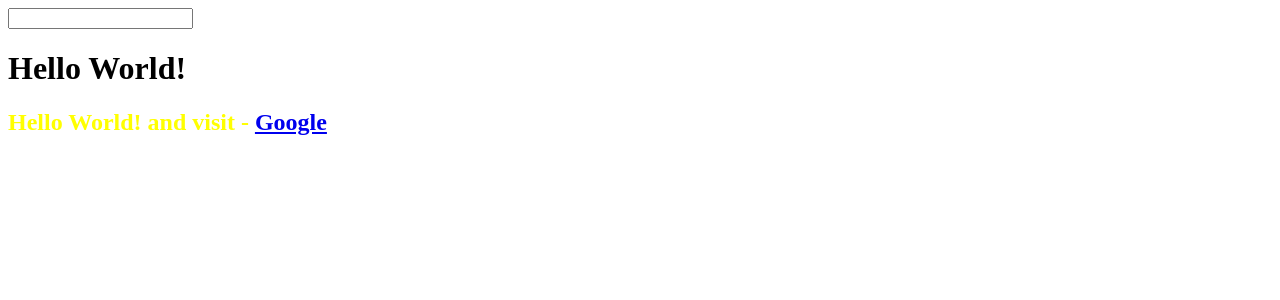
Repository: wojkos/Learn
Page: Vue/index.html
An editor plug-in stored every save of this project. The page is shown before and after the next save, followed by the edit.
The browser window is 1280 px wide. The pictures show the whole page.

Above is the page before, as saved 2018-03-29 22:06:57.

### Vue/index.html
<!DOCTYPE html>
<html lang="en">

<head>
    <meta charset="UTF-8">
    <title>Document</title>
    <script src="vue/vue.js">
    </script>
</head>

<body>
    <div id="app">
        <input type="text" v-on:input="changeTitle">
        <h1>{{ title }}</h1>
        <h2 v-bind:style="color">{{ sayHello() }} and visit - <a v-bind:href="link">Google</a></h2>
    </div>


    <script>
        new Vue({
            el: '#app',
            data: {
                title: 'Hello World!',
                link: 'http://google.com',
                color: 'color:yellow;'
            },
            methods: {
                changeTitle: function(event) {
                    this.title = event.target.value;
                },
                sayHello: function() {
                    return this.title;
                }
            }
        });
    </script>
</body>

</html>

Loaded but not shown: Vue/vue/vue.js (library)

After the next save:
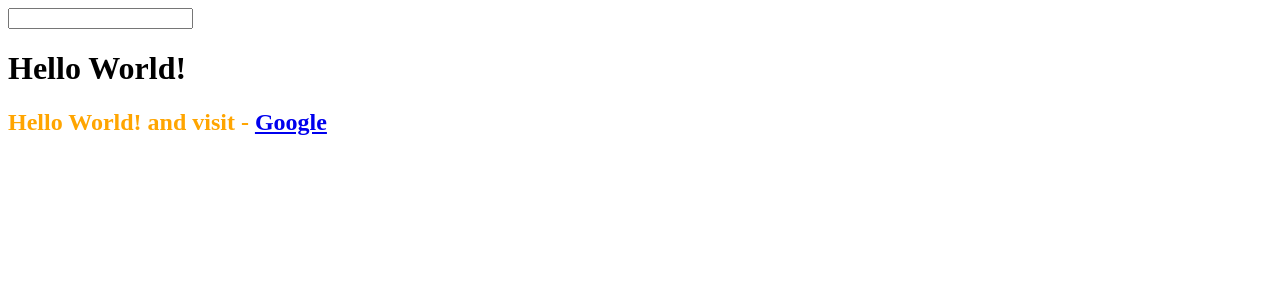
Saved 8 s later.
--- a/Vue/index.html
+++ b/Vue/index.html
@@ -22,7 +22,7 @@
             data: {
                 title: 'Hello World!',
                 link: 'http://google.com',
-                color: 'color:yellow;'
+                color: 'color:orange;'
             },
             methods: {
                 changeTitle: function(event) {
